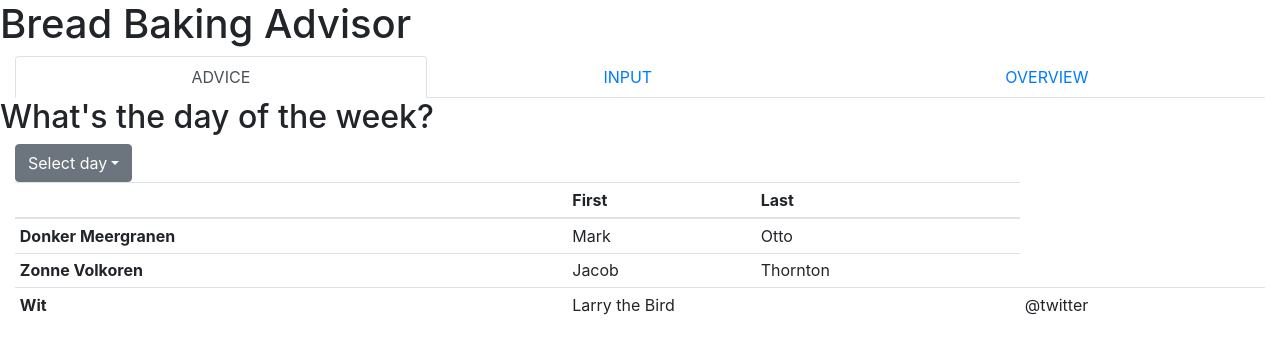
Repository: MarthGimenzo/bread-baking-advisor
Page: index.html
The author's editor kept a record of every edit. The page is drawn from the files as they stood at one moment, then again after the next edit.
The browser window is 1280 px wide. The pictures show the whole page.

Above is the page before.

After the next edit:
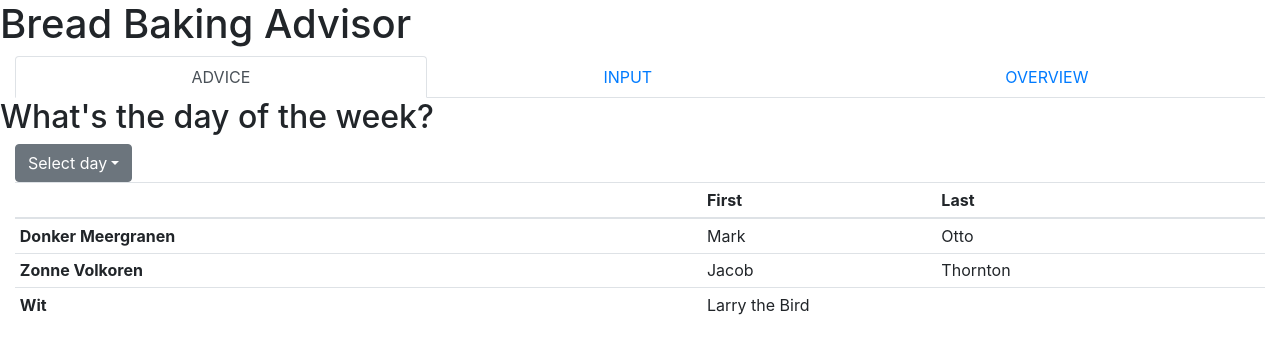
The edit:
--- a/index.html
+++ b/index.html
@@ -68,7 +68,7 @@
     <tr>
       <th scope="row">Wit</th>
       <td colspan="2">Larry the Bird</td>
-      <td>@twitter</td>
+
     </tr>
   </tbody>
 </table>
